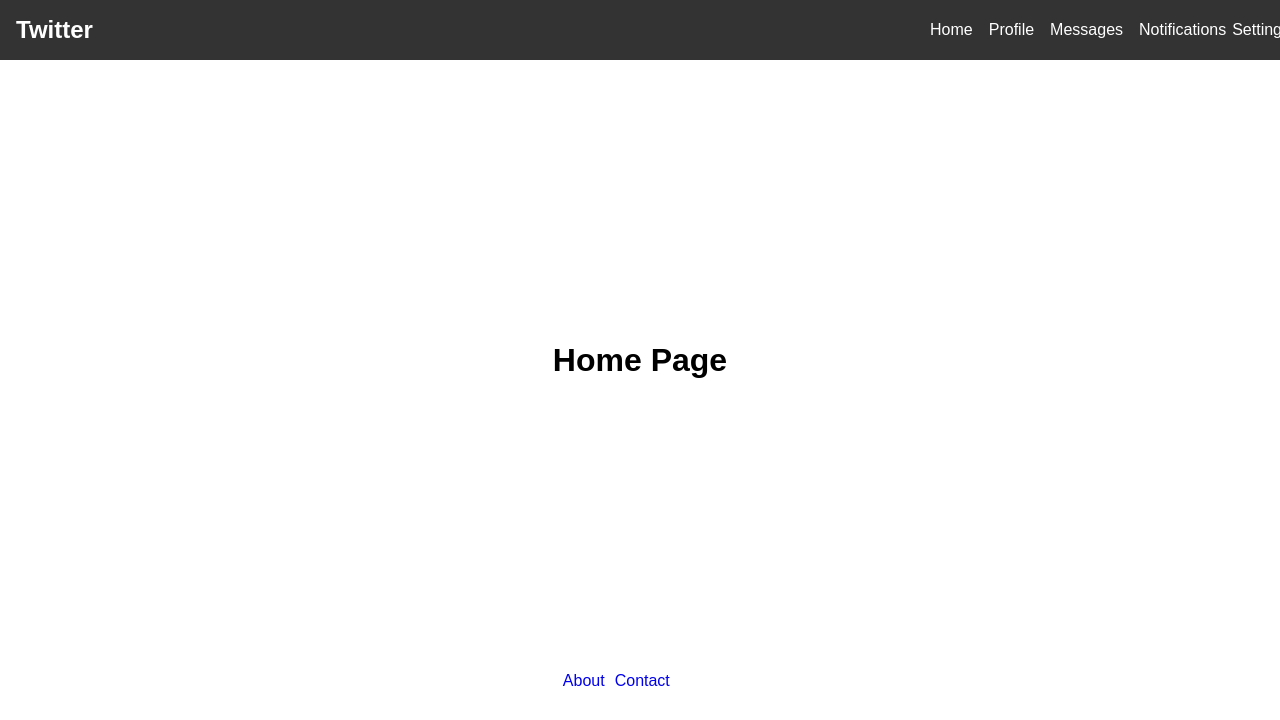
Repository: rakeshpuppala2590/Credit_karma
Page: / (app in client/)
These files come from the project's save history. The page is drawn as it stood at one moment and after the next save; the edit follows.
The browser window is 1280 px wide. The pictures show the whole page.
The project was rebuilt for these pictures with package versions that can differ from the ones it lists, and the page was loaded fresh each time. Also part of the build but not shown: client/src/components/Validations.jsx, client/src/components/Signin.jsx, client/src/NotFound.js.

Above is the page before, as saved 2024-06-18 19:20:05.

After the next save:
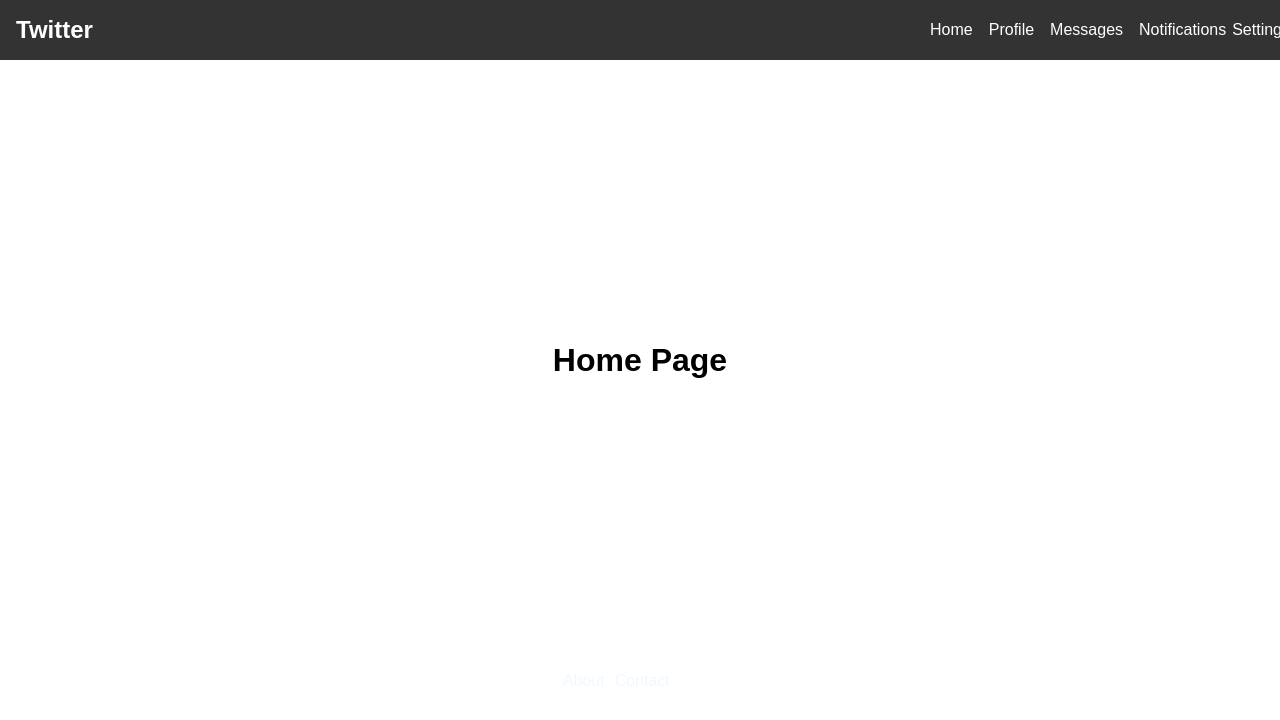
Saved 34 s later.
--- a/client/src/Styles/footer.css
+++ b/client/src/Styles/footer.css
@@ -11,6 +11,7 @@
   }
   .no-underline {
     text-decoration: none;
+    color: aliceblue;
   }
 
   .links {
